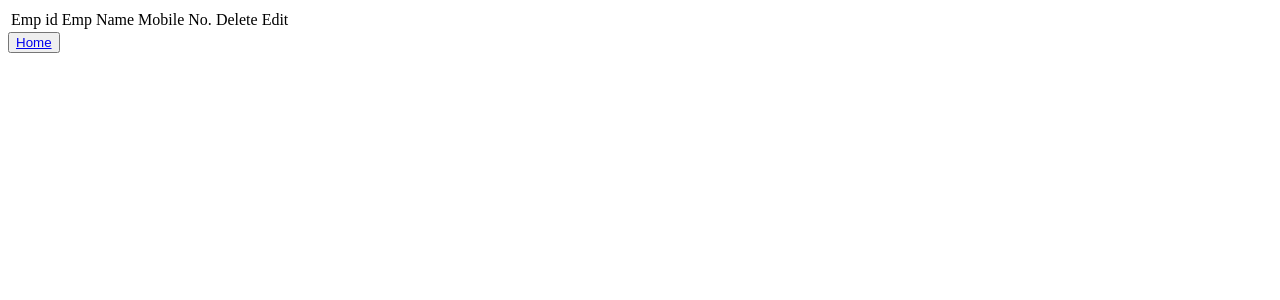
Repository: ydv-prince/JAVA-Full-Stack
Page: http://localhost/JDBC_DB/Select
These files come from the project's save history. The page is drawn as it stood at one moment and after the next save; the edit follows.
The browser window is 1280 px wide. The pictures show the whole page.
The page is served by Tomcat 10. Queries for data that is not in the repository find no rows.

Above is the page before, as saved 2025-12-31 05:44:49.

After the next save:
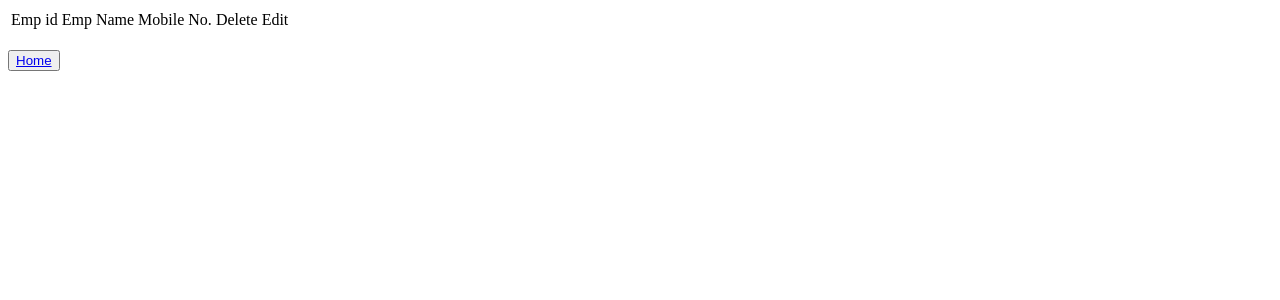
Saved 26 s later.
--- a/JDBC_DB/src/main/java/JDBC/Select.java
+++ b/JDBC_DB/src/main/java/JDBC/Select.java
@@ -67,7 +67,7 @@ public class Select extends HttpServlet {
 			e.printStackTrace();
 	}
 
-		pw.println("<button type='submit' name='index'><a href='index.jsp'>Home</a></button>");
+		pw.println("<br><button type='submit' name='index'><a href='index.jsp'>Home</a></button>");
 	}
 
 }
